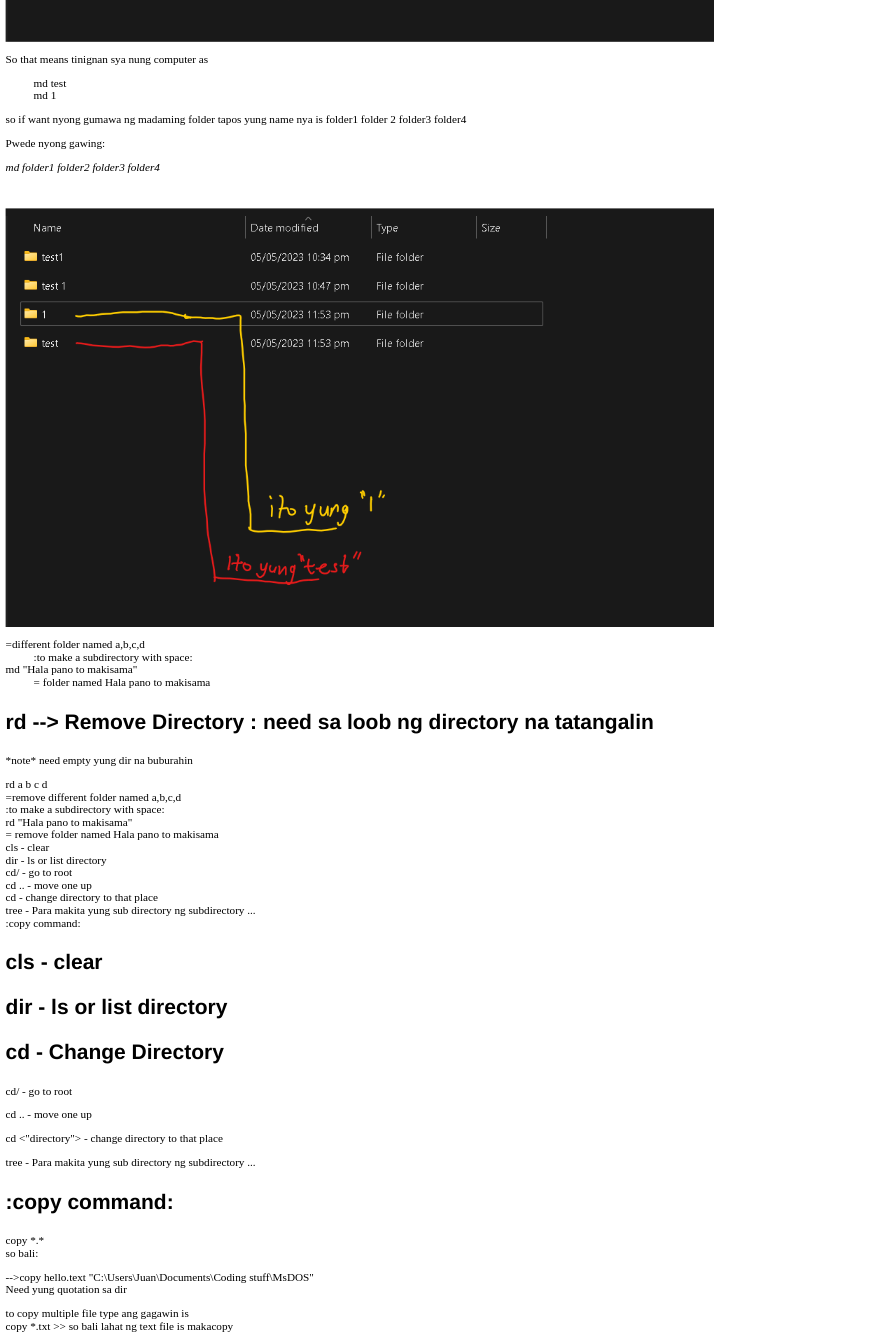
Repository: zwainer/Comprog
Page: index.html
The author's editor kept a copy of each file at every save. The page is drawn from the files as they stood at one save, then again after the next save.
The browser window is 1280 px wide. The pictures show the part of the page from y = 4044 to 5964 px (the page is 5964 px tall before and 5957 px after), at 70% of full size.

Above is the page before, as saved 2023-05-06 00:03:29.

### index.html
<html>
	<head>
		<link rel="stylesheet" href="index.css">
	</head>

	<h1>Comprog Notes Ko</h1>

	<p class="StartCommand">
		md
		<br/>

	</p>

	<p>md means make directory <br/>
	</p>
	<p>To use it :
		<dl>
			<dd>
				write md then
			</dd>

			<dd>
				yung name nung folder
			</dd>
		</dl>

	<br/>
	</p>


	</p>

	<img src="pictures/1_1.png">

	<p>Ito yung Output <br/></p>


	<img src="pictures/2.png">

	<h2>What if gusto nyong may space yung folder name<br/></h2>
	<dl>
		<dd>
			<p> To do it, need nyong lagyan ng "" quotation mark yung folder name nyo<br/></p>
		</dd>

		<dd>
			<p> So bali magiging cd "test 1"<br/></p>
		</dd>
	</dl>

	<img src="pictures/3.png">

	<p>Ito yung Output <br/></p>

	<img src="pictures/4.png">


	<h2>What will happen pag walang "" <-- ganire<br/></h2>

	<p>Gagawa sya ng multiple folder<br/></p>

	<img src="pictures/5.png">

	<p>Ito yung output<br/></p>

	<img src="pictures/6.png">

	<p>So that means tinignan sya nung computer as <br/>

		<dl>
			<dd>
				md test <br/>
			</dd>

			<dd>
				md 1<br/></p>
			</dd>
		</dl>

		<p>so if want nyong gumawa ng madaming folder tapos yung name nya is folder1 folder 2 folder3 folder4<br/></p>

		<p>Pwede nyong gawing: <p class="importantNote">md folder1 folder2 folder3 folder4</p> <br/> </p>

		<img src="pictures/6.png">

















	<dl>
<dt>=different folder named a,b,c,d<br/></dt>

	<dd>:to make a subdirectory with space:<br/></dd>

	<dt>md "Hala pano to makisama"<br/>
	</dt>
		<dd>= folder named Hala pano to makisama<br/></dd>
</dl>

<p class="StartCommand">rd --> Remove Directory : need sa loob ng directory na tatangalin<br/></p>


	<p>
		*note* need empty yung dir na buburahin
		<br/>
	</p>

		rd a b c d <br/>

		=remove different folder named a,b,c,d<br/>

	:to make a subdirectory with space:<br/>

	rd "Hala pano to makisama"<br/>

		= remove folder named Hala pano to makisama	<br/>



cls - clear<br/>

dir - ls or list directory<br/>

cd/ - go to root<br/>

cd .. - move one up<br/>

cd <directory> - change directory to that place<br/>

tree - Para makita yung sub directory ng subdirectory ...<br/>

:copy command:<br/>
<p class="StartCommand">cls - clear<br/></p>

<p class="StartCommand">dir - ls or list directory<br/></p>

<p class="StartCommand">cd - Change Directory<br/></p>


<p >cd/ - go to root<br/></p>

<p>cd .. - move one up<br/></p>

<p >cd <"directory"> - change directory to that place<br/></p>

<p >tree - Para makita yung sub directory ng subdirectory ...<br/></p>

<p class="StartCommand">:copy command:<br/></p>


copy *.*<br/>

	so bali: <br/>
		<p>
				-->copy hello.text "C:\Users\Juan\Documents\Coding stuff\MsDOS"<br/>
			Need yung quotation sa dir
			<br/>
		</p>

		<p>
	to copy multiple file type ang gagawin is </br>
	copy *.txt >> so bali lahat ng text file is makacopy</br>



		</p>
</html>

### index.css
.StartCommand{
    font-size: 30px;
    font-family: 'Franklin Gothic Medium';
    font-weight: bold;
}

.importantNote{
    font-style: italic !important;
}

After the next save:
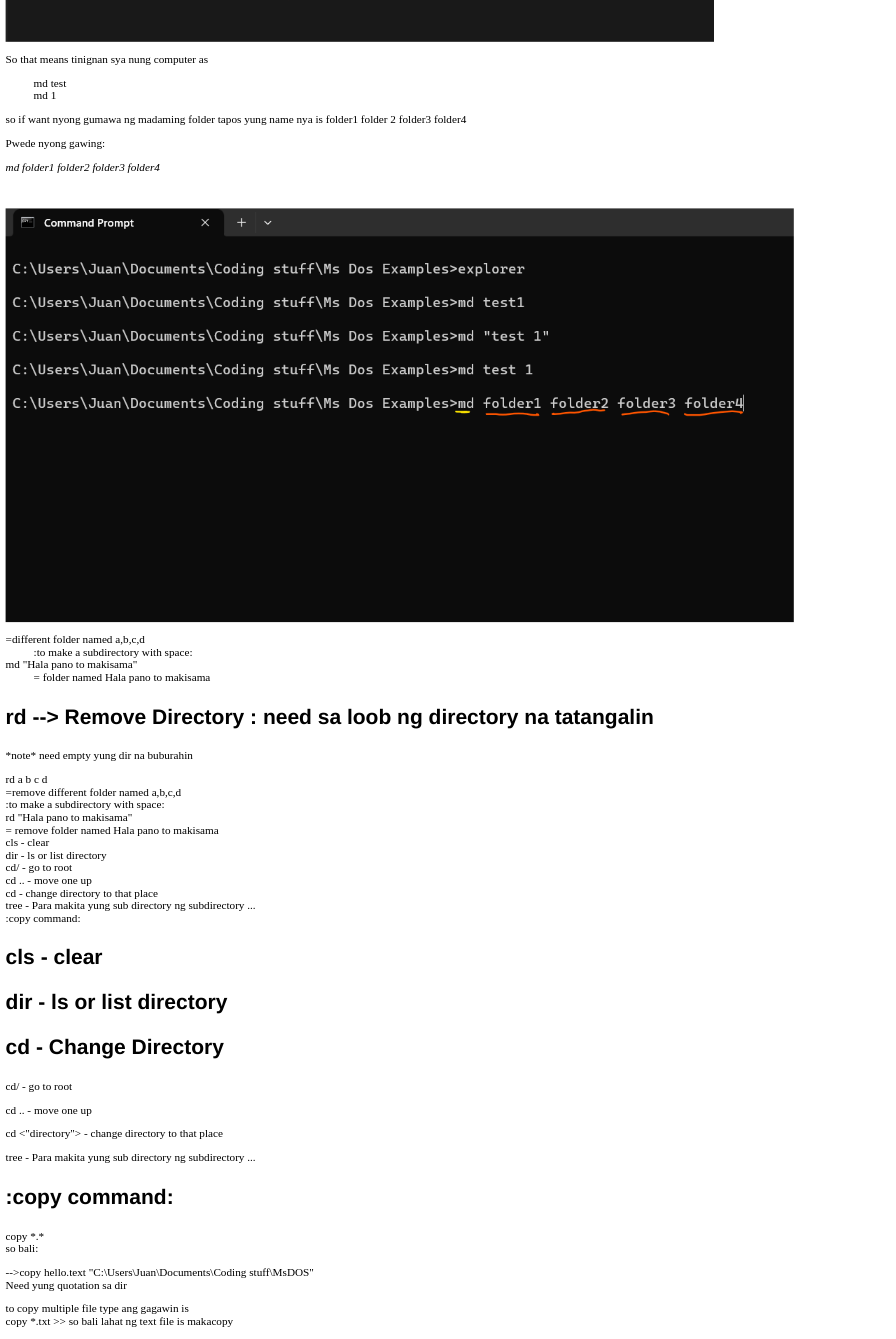
Saved 4 s later.
--- a/index.html
+++ b/index.html
@@ -81,7 +81,7 @@
 
 		<p>Pwede nyong gawing: <p class="importantNote">md folder1 folder2 folder3 folder4</p> <br/> </p>
 
-		<img src="pictures/6.png">
+		<img src="pictures/7.png">
 
 
 
